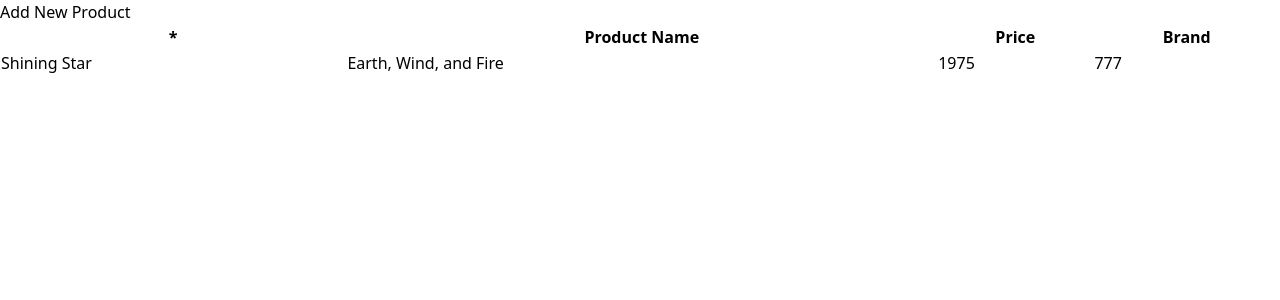
Repository: Semanmernstack/next-13-prisma-crud
Page: /product
An editor plug-in stored every save of this project. The page is shown before and after the next save, followed by the edit.
The browser window is 1280 px wide. The pictures show the whole page.
The project was rebuilt for these pictures with package versions that can differ from the ones it lists, and the page was loaded fresh each time. The framework's server and built-in components were replaced by stand-ins that run in the browser. Also part of the build but not shown: next.config.js.

Above is the page before, as saved 2023-06-01 01:46:09.

### app/layout.tsx
import './globals.css'
import { Inter } from 'next/font/google'



export const metadata = {
  title: 'Create Next App',
  description: 'Generated by create next app',
}

export default function RootLayout({
  children,
}: {
  children: React.ReactNode
}) {
  return (
    <html lang="en">
      <body className="">{children}</body>
    </html>
  )
}

### app/product/page.tsx
import React from 'react'
import AddPrisma from '../components/AddPrisma'

function page() {
  return (
    <div>
        <AddPrisma/>
        <table className="table w-full items-center">
        <thead>
          <tr className="items-center">
            <th>*</th>
            <th>Product Name</th>
            <th>Price</th>
            <th>Brand</th>
          </tr>
        </thead>
        <tbody>

          <tr>
            <td>Shining Star</td>
            <td>Earth, Wind, and Fire</td>
            <td>1975</td>
            <td>777</td>
          </tr>
        </tbody>
      </table>



    </div>
  )
}

export default page

### app/components/AddPrisma.tsx
"use client"
import React, { useState } from 'react'

function AddPrisma() {
    const [product, setProduct] = useState("");
    const [price, setPrice] = useState("")
    const [brand, setBrand] = useState("")
    const [open, setOpen] = useState(false)


  return (
    <div className='relative '>
        <button className='item-center justify-center flex' onClick={() => setOpen(true)}>Add New Product</button>
        {open ? (
            <div className=" mx-auto max-w-6xl justify-center items-center inset-0 z-50">
                <form className=" flex flex-col   decoration-slate-400 p-5 " >
                    <div className='flex flex-col space-y-3 w-full'>
                        <label>Product Name</label>
                        <input className='w-full bg-slate-300 rounded-md outline-none' type="text" value={product} onChange={(e) => setProduct(e.target.value)} />
                    </div>
                    <div className='flex flex-col space-y-3 w-full'>
                        <label >Price</label>
                        <input className='w-ful bg-slate-300 rounded-md outline-none' type="text" value={price} onChange={(e) => setPrice(e.target.value)} />
                    </div>
                    <div className='flex flex-col  space-y-3 w-full'  >
                        <label>Brand</label>
                        <select className="outline-none hover:bg-blue-100" value={brand} onChange={(e) => setBrand(e.target.value)} >
                            <option className='outline-none hover:bg-blue-400' value="" disabled> Select Brand </option>
                            <option className='hover:bg-blue-900' value="">Brand 2</option>
                        </select>
                    </div>
                    <div className='flex space-x-5 items-center justify-center mt-8'>
                        <button type="button" className='bg-zinc-500 p-1 text-white' onClick={() => setOpen(false)} >Close</button>
                        <button type="submit" className="bg-red-500 p-1"  >Save</button>
                    </div>



                </form>

            </div>
        ): (null)}

    </div>

  )
}

export default AddPrisma

Loaded but not shown: app/globals.css (common file); tailwind.config.js (common file)

After the next save:
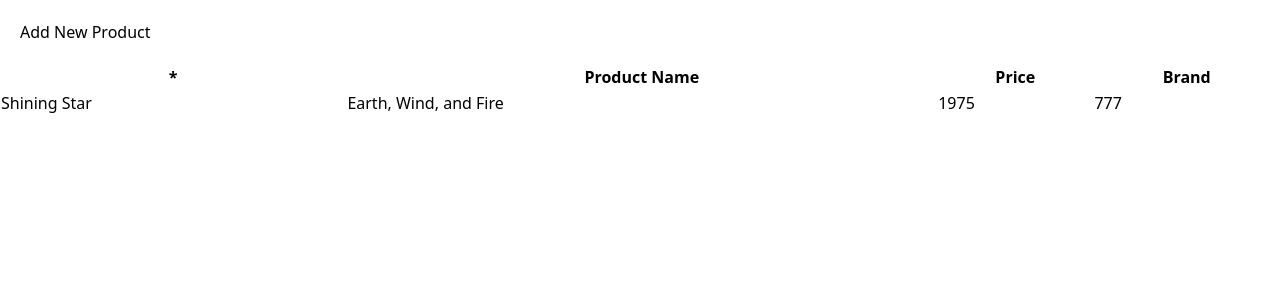
Saved 30 s later.
--- a/app/components/AddPrisma.tsx
+++ b/app/components/AddPrisma.tsx
@@ -10,7 +10,7 @@
 
   return (
     <div className='relative '>
-        <button className='item-center justify-center flex' onClick={() => setOpen(true)}>Add New Product</button>
+        <button className='item-center justify-center flex cursor-pointer p-5' onClick={() => setOpen(true)}>Add New Product</button>
         {open ? (
             <div className=" mx-auto max-w-6xl justify-center items-center inset-0 z-50">
                 <form className=" flex flex-col   decoration-slate-400 p-5 " >
